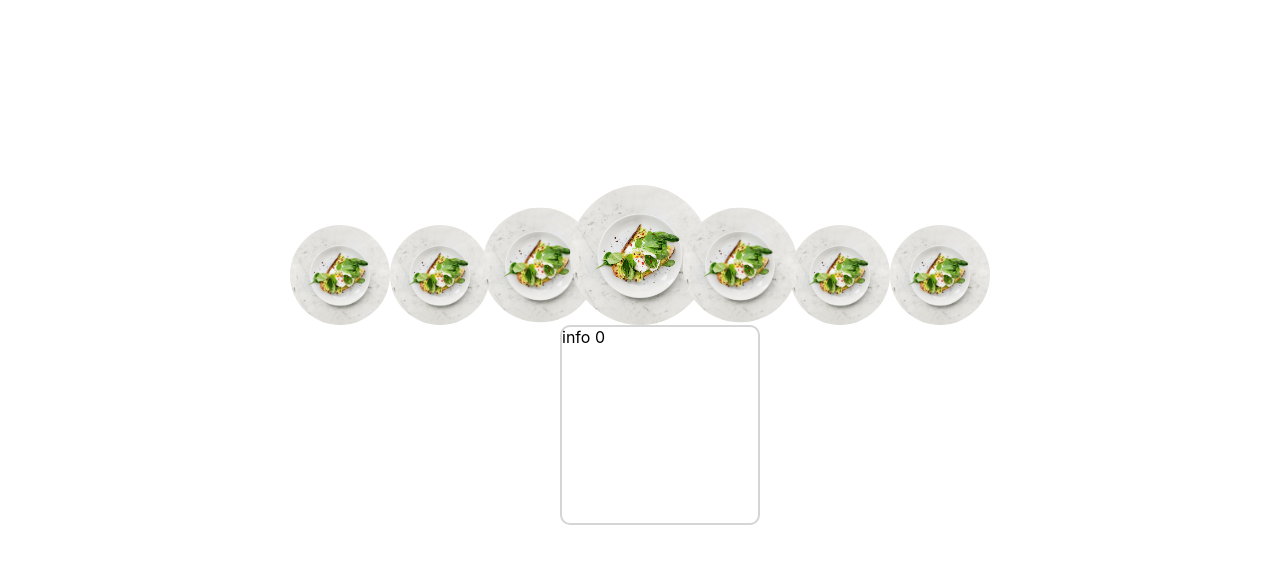
Repository: nambui98/slider
Page: /
An editor plug-in stored every save of this project. The page is shown before and after a run of saves, followed by the edit.
The browser window is 1280 px wide. The pictures show the whole page.
The project was rebuilt for these pictures with package versions that can differ from the ones it lists, and the page was loaded fresh each time. Also part of the build but not shown: vite.config.ts.

Above is the page before, as saved 2022-04-12 11:19:39.

### src/App.tsx
import { useState } from 'react'
import Horizolsider from './components/horizolslider/Horizolsider'
import logo from './logo.svg'
import './App.css'
import "slick-carousel/slick/slick.css";
import "slick-carousel/slick/slick-theme.css";
function App() {
  const [count, setCount] = useState(0)

  return (
    <div className="App">
      <Horizolsider />
    </div>
  )
}

export default App

### src/components/horizolslider/Horizolsider.tsx
import React, { useEffect, useRef, useState } from 'react'
import styled from 'styled-components'
import Slider from "react-slick";
import image1 from '../../assets/images/pexels-daria-shevtsova-1095550.jpg'

type Props = {}

const Wrapper = styled.div`
    width: 700px;

`
const Item = styled.div`
    /* height: 150px; */
    margin-top: 50px;
    transition: all .3s;
    position: relative;
    img{
        object-fit: cover;
        margin: 0 auto;
        /* width: 100px;
        height: 100px; */
        width: 100px;
        height: 100px;
        border-radius: 50%;
        transition: all .3s;
    }
    /* .info{
        position: absolute;
    } */
    &.active{
        /* width: 150px;
        height: 100px; */
        /* height: 200px; */
        margin-top: 30px;
        img{

            /* width: 100%; */
            transform: scale(1.4)
        }
        .info{
            visibility: visible;
            transform: translateY(0px);
        }
    }
    &.near{
        /* width: 150px;
        height: 100px; */
        /* height: 200px; */
        margin-top: 40px;
        img{

            /* width: 100%; */
            transform: scale(1.15)
        }


    }
`
const Horizolsider = (props: Props) => {
    const [activeIndex, setActiveIndex] = useState<number>(0);
    const settings = {
        className: "listItem",
        dots: false,
        infinite: true,
        speed: 500,
        slidesToShow: 5,
        slidesToScroll: 1,
        centerMode: true,
        focusOnSelect: true,
        centerPadding: '100px',
        // adaptiveHeight: true,
        beforeChange: (current: any, next: any) => {
            setActiveIndex(next)

        },
    };

    return (
        <div style={{ display: "flex", height: "100vh", flexDirection: "column", justifyContent: "center", alignItems: "center" }}>
            <Wrapper>
                <Slider {...settings}>
                    {
                        [...Array(10).keys()].map((i, index) =>
                            <Item className={`${index === activeIndex ? "active" : (activeIndex - index) === 1 || (index - activeIndex) === 1 || (index - activeIndex) === 9 || (index - activeIndex) === -9 ? "near" : ""}`}>
                                <img src={image1} alt="" />

                                <div className={`info ${activeIndex === index && "active"}`}>info {activeIndex}
                                </div>
                            </Item>
                        )
                    }
                </Slider>
            </Wrapper>
        </div>
    )
}
export default Horizolsider

### src/App.css
*{
  padding: 0;
  margin: 0;
  box-sizing: border-box;
}
.info{
  width: 200px;
  border: 2px solid #d5d5d5;
  border-radius: 10px;
  height: 200px;
  transition: transform 1000s;
  visibility: hidden;
  margin-top: 20px;
  margin-left: -30px;
  /* transform: translateY(20px); */

}
.info.active{
  visibility: visible;

}

Loaded but not shown: index.html (common file); src/main.tsx (common file); src/index.css (common file)

After the next 2 saves:
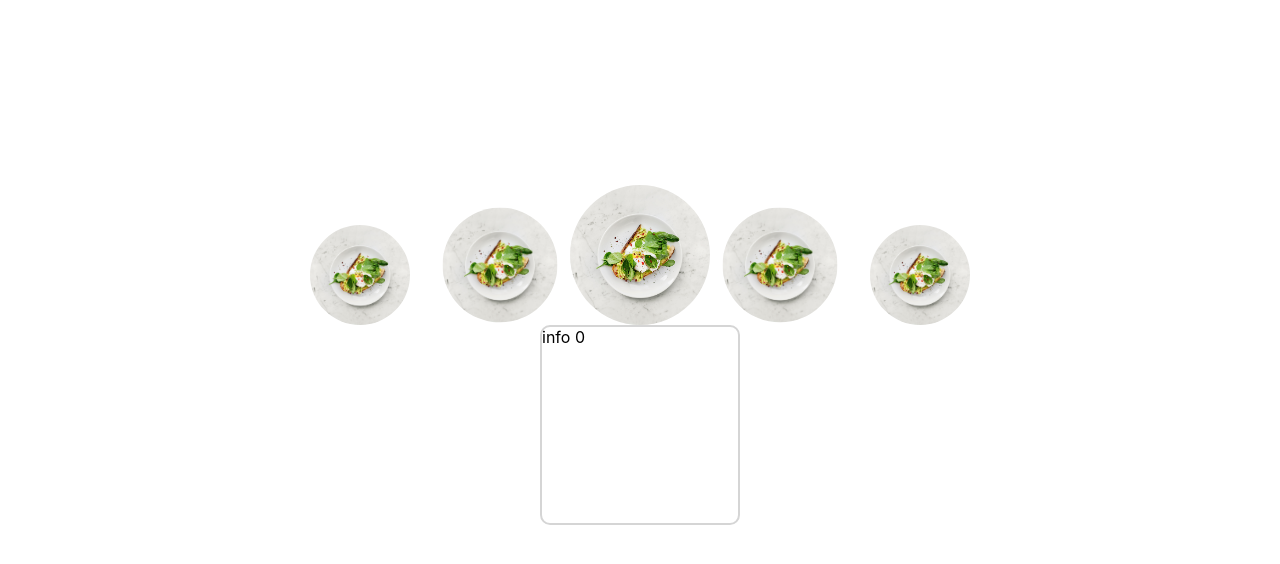
The 2 saves are shown as one change because they came seconds apart.
The last was saved 9 s later.
--- a/src/components/horizolslider/Horizolsider.tsx
+++ b/src/components/horizolslider/Horizolsider.tsx
@@ -67,7 +67,7 @@ const Horizolsider = (props: Props) => {
         slidesToScroll: 1,
         centerMode: true,
         focusOnSelect: true,
-        centerPadding: '100px',
+        centerPadding: '0px',
         // adaptiveHeight: true,
         beforeChange: (current: any, next: any) => {
             setActiveIndex(next)
